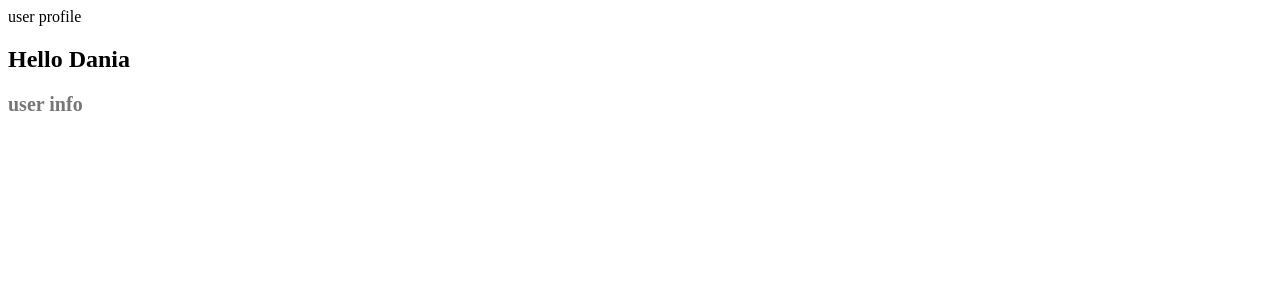
Repository: Dania-Alqam/js-session1
Page: index.html
The author's editor kept a copy of each file at every save. The page is drawn from the files as they stood at one save, then again after a run of saves.
The browser window is 1280 px wide. The pictures show the whole page.

Above is the page before, as saved 2024-07-07 21:45:55.

After the next 3 saves:
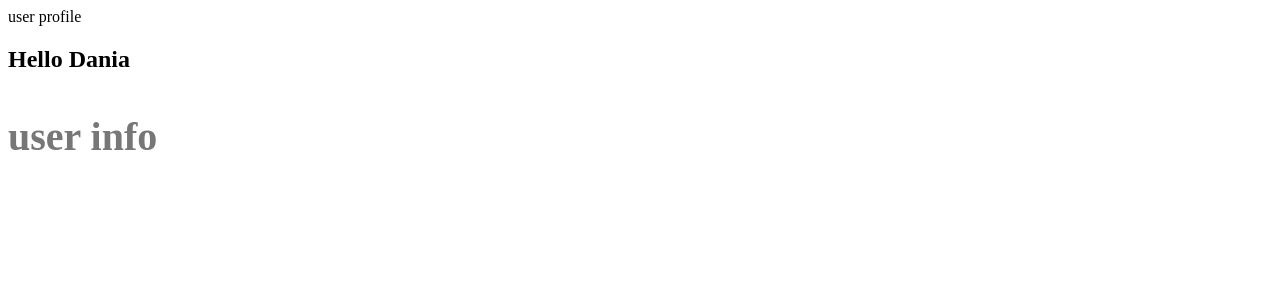
The 3 saves are shown as one change because they came seconds apart.
The last was saved 16 s later.
--- a/main.css
+++ b/main.css
@@ -1,5 +1,6 @@
 .user-info{
-font-size: 20px;
+font-size: 40px;
 color: #777;
 font-weight: bold;
+f
 }
